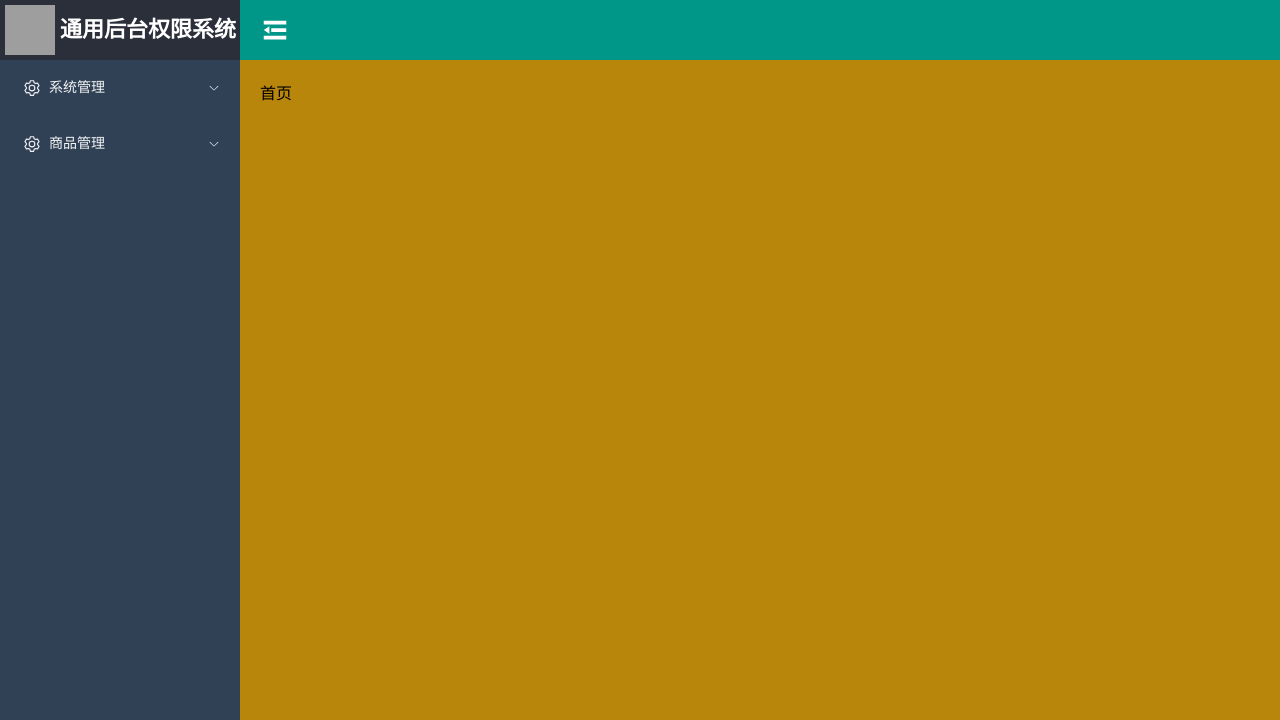
Repository: Langxecho/vite-project
Page: /
These files come from the project's save history. The page is drawn as it stood at one moment and after a run of saves; the edit follows.
The browser window is 1280 px wide. The pictures show the whole page.
Pictures or frames that could not be fetched are drawn as grey boxes. The project was rebuilt for these pictures with package versions that can differ from the ones it lists, and the page was loaded fresh each time. Also part of the build but not shown: vite.config.ts.

Above is the page before, as saved 2024-11-08 19:55:03.

### index.html
<!doctype html>
<html lang="en">
  <head>
    <meta charset="UTF-8" />
    <link rel="icon" type="image/svg+xml" href="/vite.svg" />
    <meta name="viewport" content="width=device-width, initial-scale=1.0" />
    <title>通用权限管理系统</title>
    <style>
      html,
      body,
      #app {
        padding: 0px;
        margin: 0px;
        height: 100%;
        box-sizing: border-box;
      }
    </style>
  </head>
  <body>
    <div id="app"></div>
    <script type="module" src="/src/main.ts"></script>
  </body>
</html>

### src/main.ts
import { createApp } from 'vue'
import App from './App.vue'
import router from '@/router/index'

// 引入 Element Plus
import ElementPlus from 'element-plus'
import 'element-plus/dist/index.css'

// 引入 Element Plus 图标
import * as ElementPlusIconsVue from '@element-plus/icons-vue'

import { createPinia } from 'pinia'
const pinia = createPinia()
const app = createApp(App)

app.use(ElementPlus).use(router).use(pinia).mount('#app')

// 全局注册图标组件
for (const [key, component] of Object.entries(ElementPlusIconsVue)) {
  app.component(key, component)
}

### src/router/index.ts
import { createRouter, createWebHistory, RouteRecordRaw } from "vue-router";
import Layout from "@/layout/Index.vue";

const routes: Array<RouteRecordRaw> = [
  {
    path: "/",
    component: Layout,
    redirect: "/dashboard",
    children: [
      {
        path: "/dashboard",
        component: () => import("@/views/dashboard/Index.vue"),
        name: "dashboard",
        meta: { title: "首页", icon: "#icondashboard" },
      },
    ],
  },
  {
    path: "/system",
    component: Layout,
    name: "system",
    meta: { title: "系统管理", icon: "Setting", roles: ["sys:manage"] },
    children: [
      {
        path: "/userList",
        component: () => import("@/views/system/User/UserList.vue"),
        name: "userList",
        meta: { title: "用户管理", icon: "UserFilled", roles: ["sys:user"] },
      },
      {
        path: "/roleList",
        component: () => import("@/views/system/Role/RoleList.vue"),
        name: "roleList",
        meta: { title: "角色管理", icon: "Wallet", roles: ["sys:role"] },
      },
      {
        path: "/menuList",
        component: () => import("@/views/system/Menu/MenuList.vue"),
        name: "menuList",
        meta: { title: "菜单管理", icon: "Menu", roles: ["sys:menu"] },
      },
    ],
  },
  {
    path: "/goodsRoot",
    component: Layout,
    name: "goodsRoot",
    meta: { title: "商品管理", icon: "Setting", roles: ["sys:goodsRoot"] },
    children: [
      {
        path: "/category",
        component: () => import("@/views/category/CategoryList.vue"),
        name: "category",
        meta: {
          title: "商品类型",
          icon: "UserFilled",
          roles: ["sys:category"],
        },
      },
      {
        path: "/goodsList",
        component: () => import("@/views/goods/GoodsList.vue"),
        name: "goodsList",
        meta: { title: "商品信息", icon: "Wallet", roles: ["sys:goodsList"] },
      },
    ],
  },
];

const router = createRouter({
  history: createWebHistory(),
  routes,
});

export default router;

### src/layout/Index.vue
<template>
  <el-container class="layout">
    <el-aside width="auto" class="asside">
      <menu-bar></menu-bar>
    </el-aside>
    <el-container>
      <el-header class="header">
        <Header />
      </el-header>
      <el-main class="main">
        <router-view></router-view>
      </el-main>
    </el-container>
  </el-container>
</template>

<script setup lang="ts">
import Header from "@/layout/header/Header.vue";
import MenuBar from "@/layout/menu/MenuBar.vue";
</script>

<style lang="scss">
.layout {
  height: 100%;
}

.asside {
  background-color: #304156;
}

.header {
  display: flex;
  align-items: center;
  background-color: #009688;
}

.main {
  background-color: darkgoldenrod;
}
</style>

### src/views/dashboard/Index.vue
<template>
  <div>首页</div>
</template>

<script setup lang="ts"></script>

<style scoped></style>

### src/layout/header/Header.vue
<template>
  <Collapse></Collapse>
</template>

<script setup lang="ts">
import Collapse from "./Collapse.vue";
</script>

<style scoped lang="scss"></style>

### src/layout/menu/MenuBar.vue
<template>
  <menu-logo></menu-logo>
  <el-menu
    :default-active="activeIndex"
    class="el-menu-vertical-demo"
    :collapse="isCollapse"
    unique-opened
    background-color="#304156"
    @open="handleOpen"
    @close="handleClose"
    router
  >
    <menu-item :menuList="menuList"></menu-item>
  </el-menu>
</template>

<script setup lang="ts">
import { reactive, computed } from "vue";
import { useMenuStore } from "@/store/menu/index";
import MenuItem from "@/layout/menu/MenuItem.vue";
import MenuLogo from "./MenuLogo.vue";
import { useRoute } from "vue-router";
const store = useMenuStore();
const isCollapse = computed(() => {
  return store.getCollapse;
});
const route = useRoute();

// 获取激活的菜单
const activeIndex = computed(() => {
  const { path } = route;
  return path;
});

// 在这里，你可以添加更多的响应式数据、方法等
const handleOpen = (key: string, keyPath: string[]) => {
  console.log(key, keyPath);
};

const handleClose = (key: string, keyPath: string[]) => {
  console.log(key, keyPath);
};

let menuList = reactive([
  {
    path: "/system",
    component: "Layout",
    name: "system",
    meta: {
      title: "系统管理",
      icon: "Setting",
      roles: ["sys:manage"],
    },
    children: [
      {
        path: "/userList",
        component: "/system/User/UserList",
        name: "userList",
        meta: {
          title: "用户管理",
          icon: "UserFilled",
          roles: ["sys:user"],
        },
      },
      {
        path: "/roleList",
        component: "/system/Role/RoleList",
        name: "roleList",
        meta: {
          title: "角色管理",
          icon: "Wallet",
          roles: ["sys:role"],
        },
      },
      {
        path: "/menuList",
        component: "/system/Menu/MenuList",
        name: "menuList",
        meta: {
          title: "菜单管理",
          icon: "Menu",
          roles: ["sys:menu"],
        },
      },
    ],
  },
  {
    path: "/goodsRoot",
    component: "Layout",
    name: "goodsRoot",
    meta: {
      title: "商品管理",
      icon: "Setting",
      roles: ["sys:goodsRoot"],
    },
    children: [
      {
        path: "/category",
        component: "/goods/Category",
        name: "category",
        meta: {
          title: "物资类型",
          icon: "UserFilled",
          roles: ["sys:category"],
        },
      },
      {
        path: "/goodsList",
        component: "/goods/GoodsList",
        name: "goodsList",
        meta: {
          title: "商品信息",
          icon: "Wallet",
          roles: ["sys:goodsList"],
        },
      },
    ],
  },
]);
</script>

<style scoped lang="scss">
.el-menu-vertical-demo:not(.el-menu--collapse) {
  width: 240px;
  min-height: 400px;
}

.el-menu {
  border-right: none;
}

:deep(.el-sub-menu .el-sub-menu__title) {
  color: #f4f4f5 !important;
}

:deep(.el-menu .el-menu-item) {
  color: #bfcbd9;
}

:deep(.el-menu-item.is-active) {
  color: #409eff !important;
}

:deep(.is-opened .el-menu-item) {
  background-color: #1f2d3d !important;
}

:deep(.el-menu-item:hover) {
  background-color: #001528 !important;
}
</style>

### src/layout/header/Collapse.vue
<template>
  <el-icon @click="setCollapse" style="cursor: pointer" color="#FFF" size="30">
    <component :is="status ? 'Fold' : 'Expand'" />
  </el-icon>
</template>

<script setup lang="ts">
import { computed } from "vue";
import { Fold, Expand } from "@element-plus/icons-vue";
import { useMenuStore } from "@/store/menu/index";

// 获取 store
const store = useMenuStore();

// 获取状态
const status = computed(() => !store.getCollapse);

// 切换图标点击事件
const setCollapse = () => {
  store.setCollapse(!store.getCollapse);
};
</script>

<style scoped>
/* 你可以根据需要添加样式 */
</style>

### src/store/menu/index.ts
import { defineStore } from "pinia";
import { ref, computed } from "vue";

// 定义 store
export const useMenuStore = defineStore("menuStore", () => {
  // state
  const collapse = ref(false);

  // getters
  const getCollapse = computed(() => collapse.value);

  // actions
  const setCollapse = (newCollapse: boolean) => {
    collapse.value = newCollapse;
  };

  return {
    collapse,
    getCollapse,
    setCollapse,
  };
});

### src/layout/menu/MenuItem.vue
<template>
  <template v-for="menu in menuList" :key="menu.path">
    <el-sub-menu
      v-if="menu.children && menu.children.length > 0"
      :index="menu.path"
    >
      <template #title>
        <el-icon><component :is="menu.meta.icon" /></el-icon>
        <span>{{ menu.meta.title }}</span>
      </template>
      <menu-item :menuList="menu.children" />
    </el-sub-menu>

    <el-menu-item v-else style="color: #f4f4f5" :index="menu.path">
      <el-icon><component :is="menu.meta.icon" /></el-icon>
      <template #title>{{ menu.meta.title }}</template>
    </el-menu-item>
  </template>
</template>

<script setup lang="ts">
defineProps(["menuList"]);
</script>

<style scoped></style>

### src/layout/menu/MenuLogo.vue
<template>
  <div class="logo">
    <img :src="MenuLogo" />
    <span v-if="show" class="logo-title">{{ title }}</span>
  </div>
</template>

<script setup lang="ts">
import { ref, watch } from "vue";
import MenuLogo from "@/assets/MenuLogo.png";
import { useMenuStore } from "@/store/menu/index";

// 获取 store
const store = useMenuStore();
const title = ref("通用后台权限系统");

// 解决伸缩僵硬问题：延时显示 logo
const show = ref(true);
watch(
  () => store.getCollapse,
  (collapsed: boolean) => {
    if (!collapsed) {
      // 延时显示 logo
      setTimeout(() => {
        show.value = !collapsed;
      }, 300);
    } else {
      show.value = !collapsed;
    }
  },
);
</script>

<style scoped lang="scss">
.logo {
  display: flex;
  width: 100%;
  height: 60px;
  background-color: #2b2f3a;
  text-align: center;
  cursor: pointer;
  align-items: center;

  img {
    width: 50px;
    height: 50px;
    margin-right: 5px;
    margin-left: 5px;
  }

  .logo-title {
    color: #fff;
    font-weight: 800;
    line-height: 60px;
    font-size: 22px;
    font-family: FangSong;
  }
}
</style>

### src/layout/header/BreadCrumb.vue
<template>
  <el-breadcrumb class="bred" separator="/">
    <el-breadcrumb-item v-for="(item, index) in tabs" :key="index">{{
      item.meta.title
    }}</el-breadcrumb-item>
  </el-breadcrumb>
</template>

<script setup lang="ts">
import { ref, watch, onMounted } from "vue";
import { useRoute, RouteLocationMatched } from "vue-router";

// 获取当前路由
const route = useRoute();

// 定义面包屑导航数据
const tabs = ref<RouteLocationMatched[]>([]);

// 获取面包屑数据
const getBredcrumb = () => {
  let matched = route.matched.filter((item) => item.meta && item.meta.title);

  // 获取第一个匹配项
  const first = matched[0];

  // 如果不是首页，添加首页作为面包屑的第一个项
  if (first && first.path !== "/dashboard") {
    matched = [
      { path: "/dashboard", meta: { title: "首页" } } as RouteLocationMatched,
    ].concat(matched);
  }

  tabs.value = matched;
};

// 在组件挂载时调用
onMounted(() => {
  getBredcrumb();
});

// 监听当前路由变化，更新面包屑
watch(
  () => route.path,
  () => {
    getBredcrumb();
  },
);
</script>

<style scoped lang="scss">
.bred {
  margin-left: 20px;
}

:deep(.el-breadcrumb__inner) {
  color: #fff !important; /* 修改字体颜色 */
}

:deep(.el-breadcrumb__inner a) {
  color: #fff !important; /* 修改字体颜色 */
}

:deep(.el-breadcrumb__item) {
  font-size: 16px !important; /* 修改字体大小 */
}
</style>

Loaded but not shown: src/App.vue (common file)

After the next 2 saves:
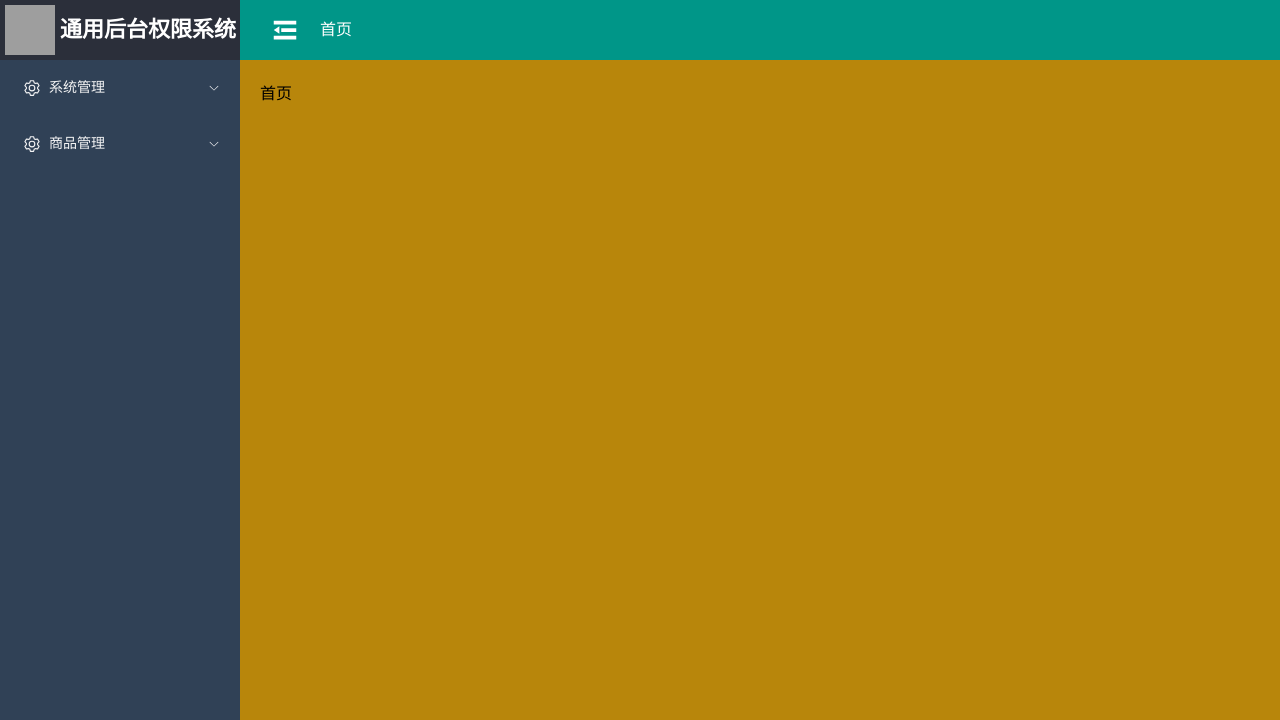
The 2 saves are shown as one change because they came seconds apart.
The last was saved 93 s later.
--- a/src/layout/header/Header.vue
+++ b/src/layout/header/Header.vue
@@ -1,9 +1,20 @@
 <template>
-  <Collapse></Collapse>
+  <div class="header-container">
+    <Collapse></Collapse>
+    <BreadCrumb></BreadCrumb>
+  </div>
 </template>
 
 <script setup lang="ts">
 import Collapse from "./Collapse.vue";
+import BreadCrumb from "./BreadCrumb.vue";
 </script>
 
-<style scoped lang="scss"></style>
+<style scoped lang="scss">
+.header-container {
+  display: flex;
+  align-items: center;
+  justify-content: space-between; /* 可选：如果你希望 Collapse 和 BreadCrumb 在水平方向上分开 */
+  padding: 10px;
+}
+</style>
